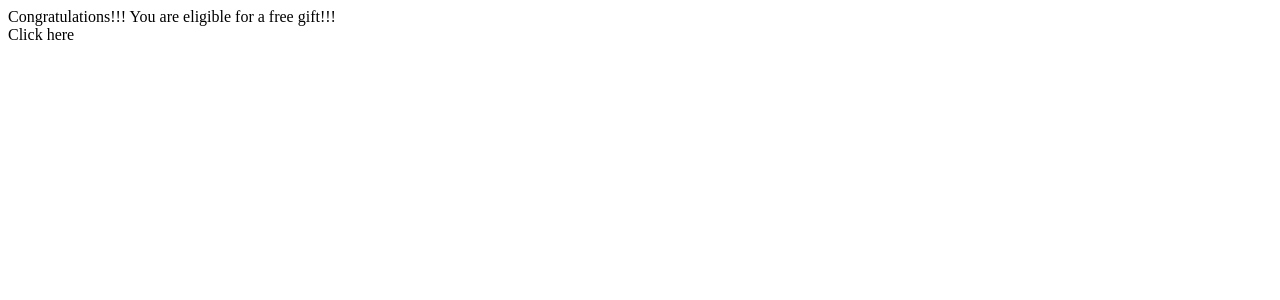
Repository: jaiswalshivam124/first-repo
Page: http://localhost/topgear/
The author's editor kept a copy of each file at every save. The page is drawn from the files as they stood at one save, then again after the next save.
The browser window is 1280 px wide. The pictures show the whole page.
The page is served by Tomcat 9.

Above is the page before, as saved 2020-08-21 17:39:19.

### Logic Building/topgear/src/main/webapp/index.jsp
<%@ page language="java" contentType="text/html; charset=ISO-8859-1"
    pageEncoding="ISO-8859-1"%>
<html>
<head>
<meta charset="UTF-8">


<title>Welcome to this cool static website!!</title>

</head>
<body>

<div id="msg">
	Congratulations!!! You are eligible for a free gift!!!</br>
	Click here
</div>


</body>
</html>

After the next save:
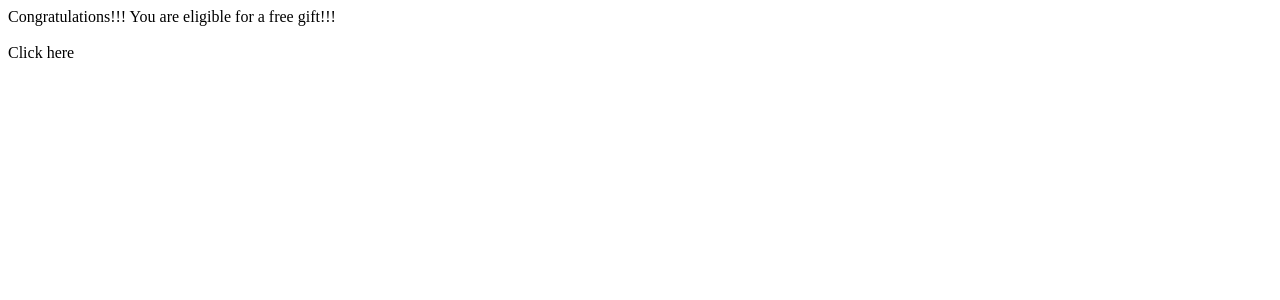
Saved 15 s later.
--- a/Logic Building/topgear/src/main/webapp/index.jsp
+++ b/Logic Building/topgear/src/main/webapp/index.jsp
@@ -11,7 +11,7 @@
 <body>
 
 <div id="msg">
-	Congratulations!!! You are eligible for a free gift!!!</br>
+	Congratulations!!! You are eligible for a free gift!!!<br></br>
 	Click here
 </div>
 

After the save that followed:
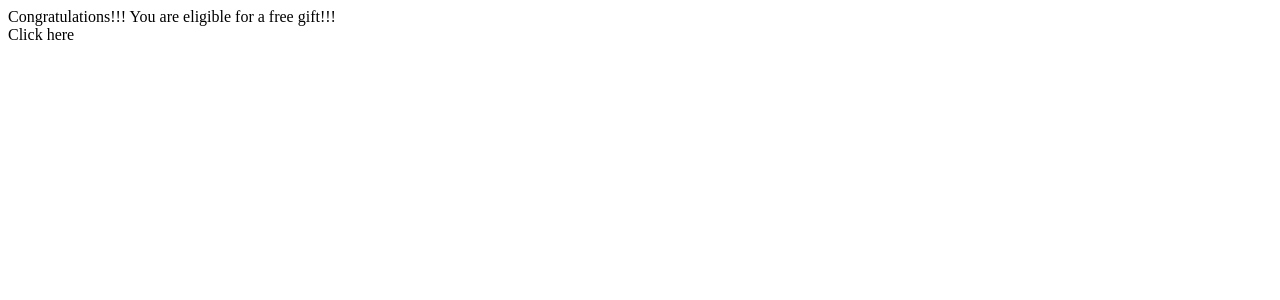
Saved 31 s later.
--- a/Logic Building/topgear/src/main/webapp/index.jsp
+++ b/Logic Building/topgear/src/main/webapp/index.jsp
@@ -11,7 +11,7 @@
 <body>
 
 <div id="msg">
-	Congratulations!!! You are eligible for a free gift!!!<br></br>
+	Congratulations!!! You are eligible for a free gift!!!</br>
 	Click here
 </div>
 
